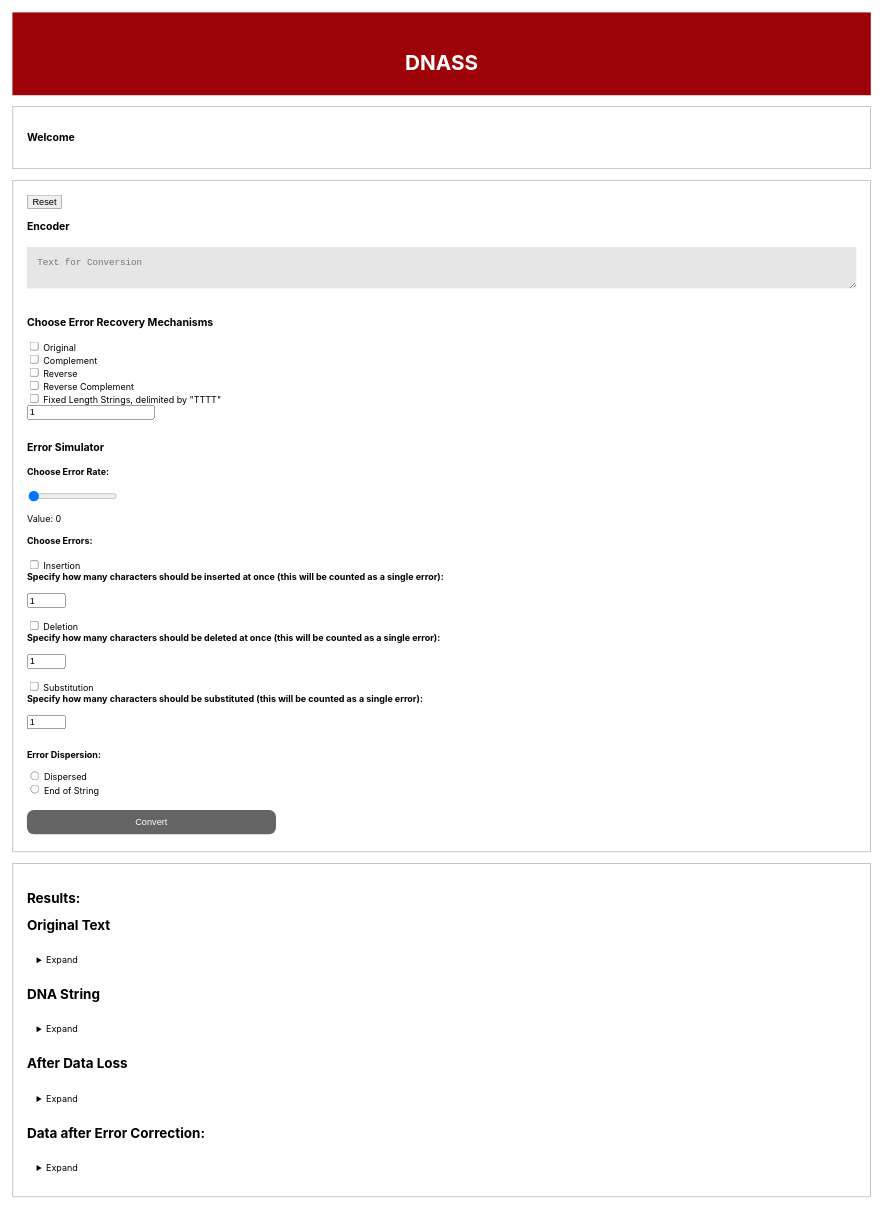
Repository: komalharjani/MSc-Thesis-DNA-Storage
Page: index.html
The author's editor kept a copy of each file at every save. The page is drawn from the files as they stood at one save, then again after the next save.
The browser window is 1280 px wide. The pictures show the whole page, at 69% of full size.

Above is the page before, as saved 2020-08-20 11:05:11.

After the next save:
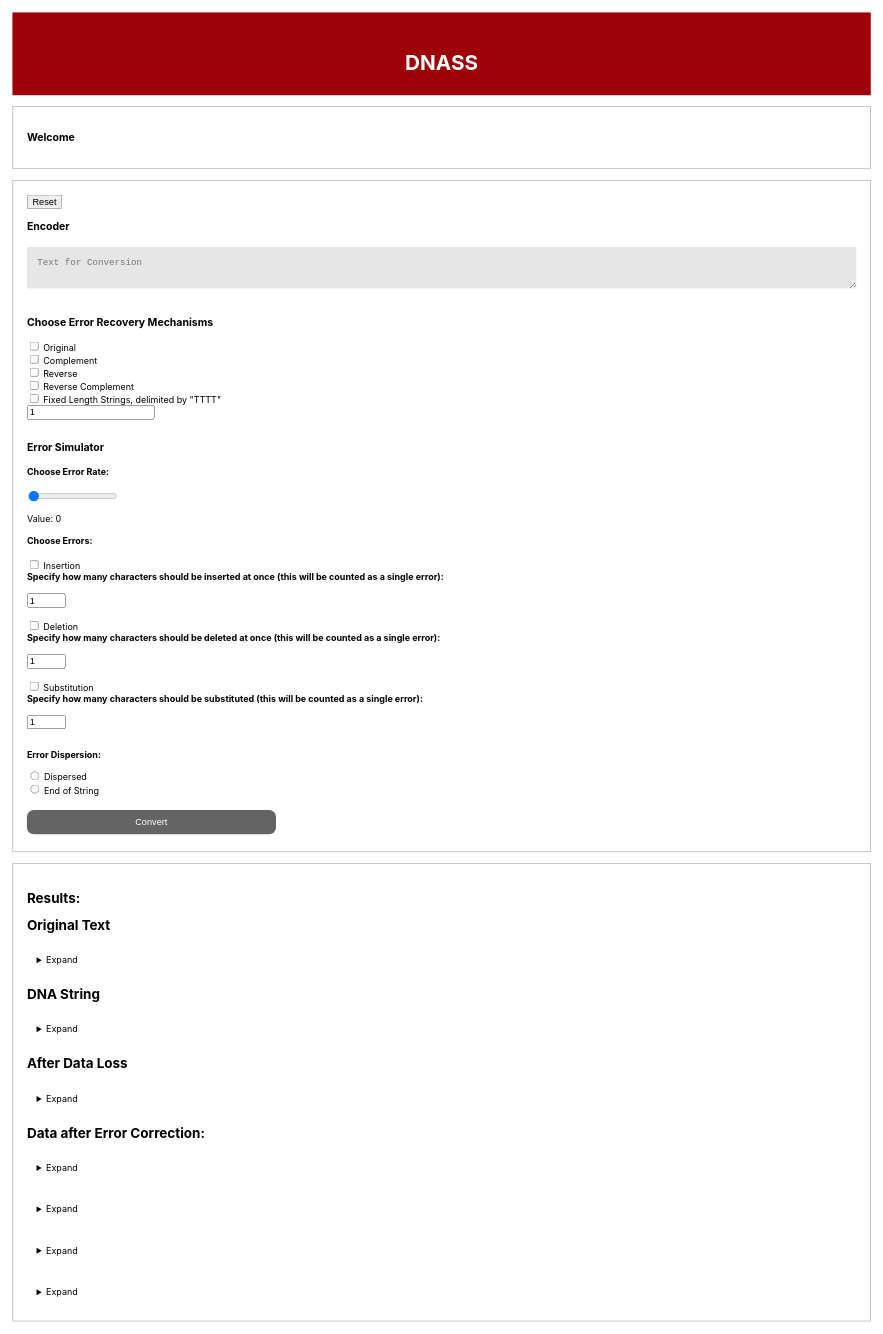
Saved 57 s later.
--- a/index.html
+++ b/index.html
@@ -104,10 +104,37 @@
             <h2>Data after Error Correction: </h2>
             <h2 id="original"></h2>
             <h3 id="simMatchOG"></h3>
+            <div class="row">
+                <div class="column">
+                    <details>
+                        <summary>Expand</summary>
+                        <p id="label"></p>
+                        <p id="OGrecoveredData"></p>
+                    </details>
+                </div>
+            </div>
             <h2 id="complement"></h2>
             <h3 id="simMatchComp"></h3>
+            <div class="row">
+                <div class="column">
+                    <details>
+                        <summary>Expand</summary>
+                        <p id="label"></p>
+                        <p id="ComprecoveredData"></p>
+                    </details>
+                </div>
+            </div>
             <h2 id="reverse"></h2>
             <h3 id="simMatchRev"></h3>
+            <div class="row">
+                <div class="column">
+                    <details>
+                        <summary>Expand</summary>
+                        <p id="label"></p>
+                        <p id="RevRecoveredData"></p>
+                    </details>
+                </div>
+            </div>
             <h2 id="reverseComp"></h2>
             <h3 id="simMatchRevComp"></h3>
             <div class="row">
@@ -115,7 +142,7 @@
                     <details>
                         <summary>Expand</summary>
                         <p id="label"></p>
-                        <p id="recoveredData"></p>
+                        <p id="RevCompRecoveredData"></p>
                     </details>
                 </div>
             </div>
